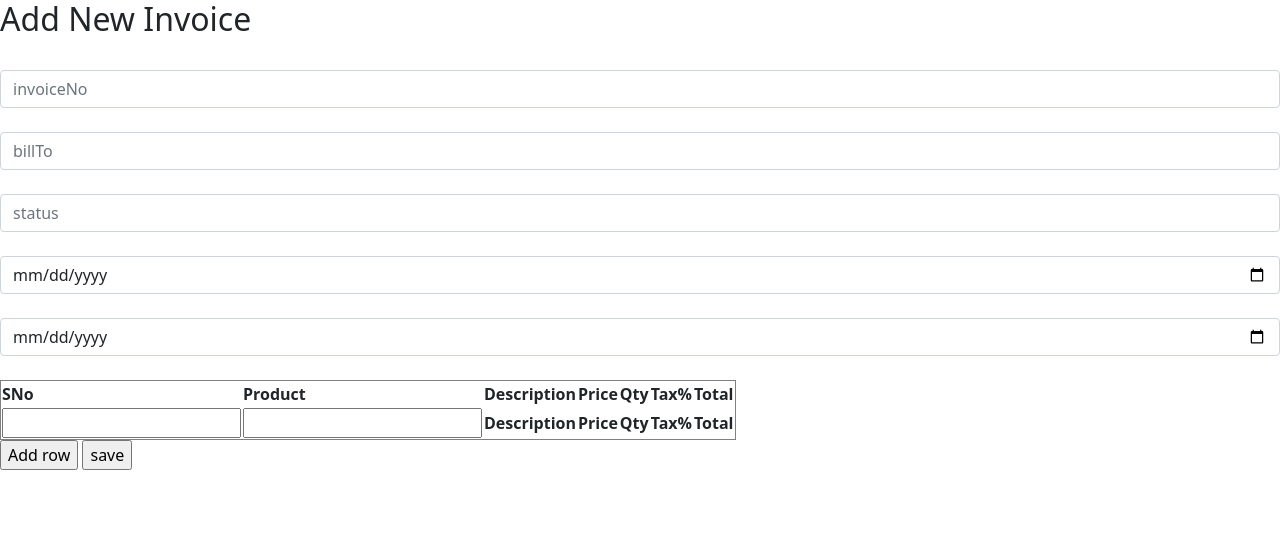
Repository: Aayush13013/Invoice_Management_app
Page: http://localhost/invoiceInfo/WEB-INF/jsp/new_invoiceInfo.jsp
These files come from the project's save history. The page is drawn as it stood at one moment and after the next save; the edit follows.
The browser window is 1280 px wide. The pictures show the whole page.
The page is served by Tomcat 9. Nobody is signed in. The template is opened directly, without the code that normally fills it, so the values that code supplies are empty.

Above is the page before, as saved 2021-12-25 07:44:20.

After the next save:
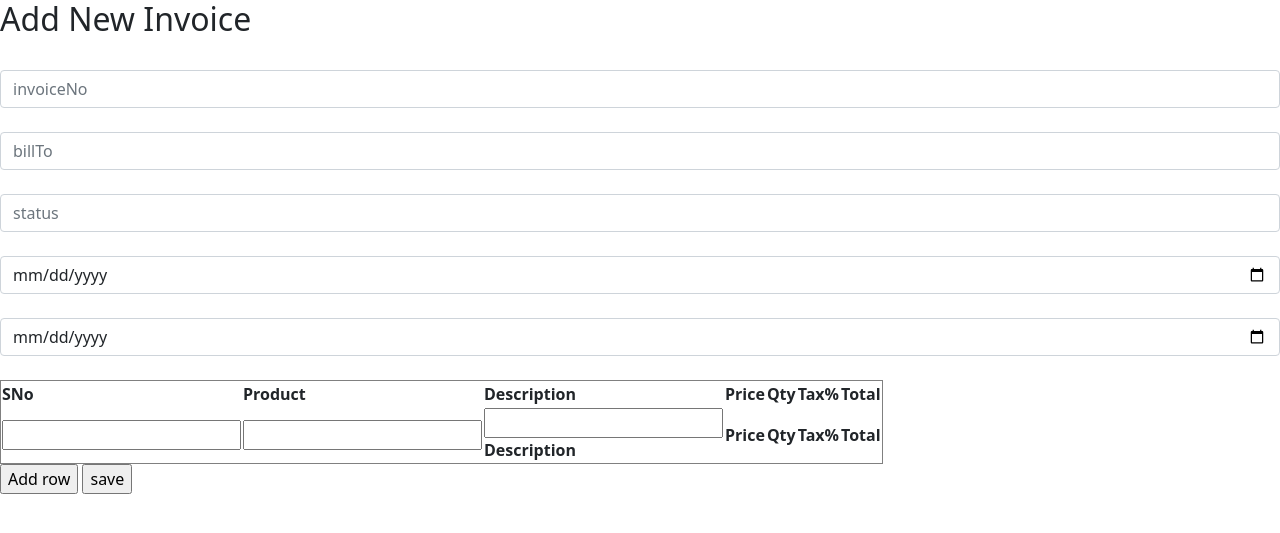
Saved 8 s later.
--- a/invoiceInfo/invoiceInfo/src/main/webapp/WEB-INF/jsp/new_invoiceInfo.jsp
+++ b/invoiceInfo/invoiceInfo/src/main/webapp/WEB-INF/jsp/new_invoiceInfo.jsp
@@ -94,7 +94,7 @@
                  <tr>
                     <th><form:input path="listOfProducts[0].productId"/></th>
                     <th><form:input path=""/></th>
-                    <th>Description</th>
+                    <th><form:input path=""/>Description</th>
                     <th>Price</th>
                     <th>Qty</th>
                     <th>Tax%</th>
